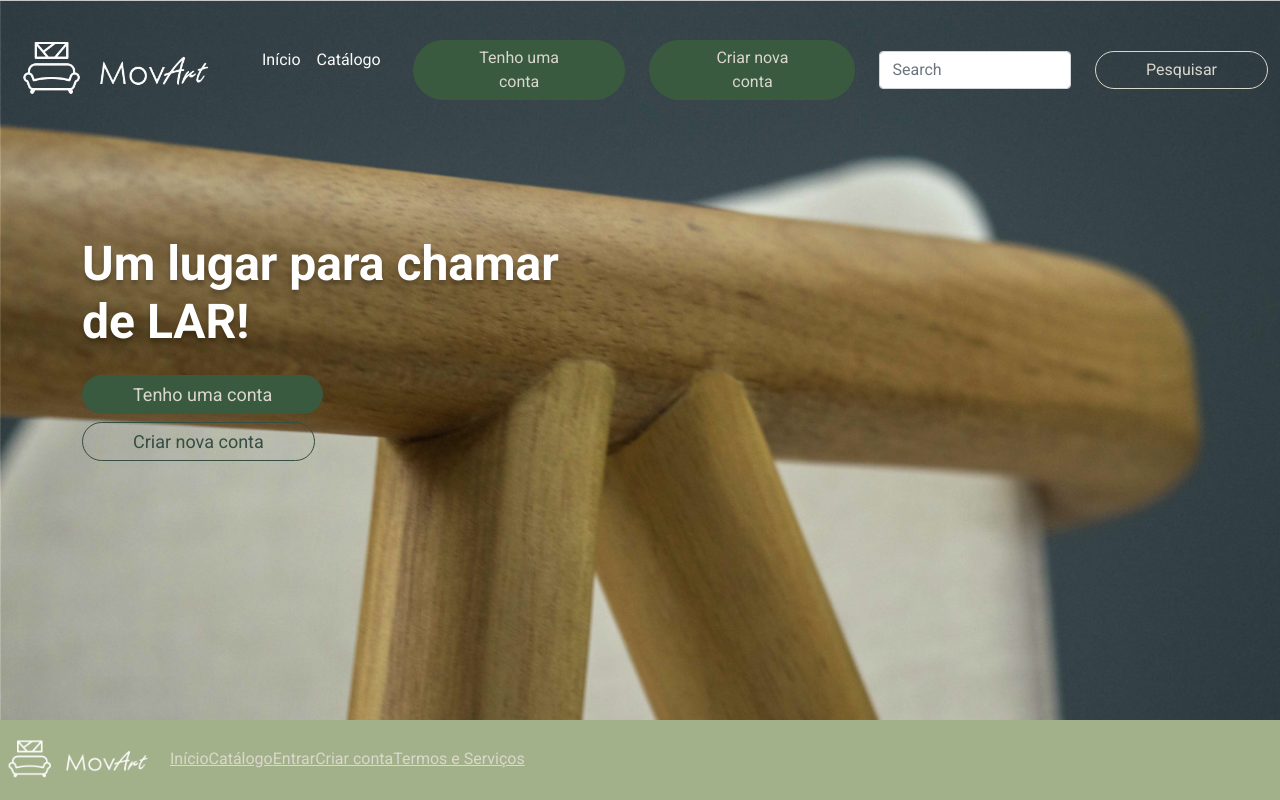
Repository: telesbp/Projeto-4-e-Projeto-5
Page: / (app in front-end/)
An editor plug-in stored every save of this project. The page is shown before and after the next save, followed by the edit.
The browser window is 1280 px wide. The pictures show the whole page.
The project was rebuilt for these pictures with package versions that can differ from the ones it lists, and the page was loaded fresh each time.

Above is the page before, as saved 2022-07-17 20:36:19.

### front-end/public/index.html
<!DOCTYPE html>
<html lang="pt-BR">
  <head>
    <meta charset="utf-8" />
    <link rel="icon" href="%PUBLIC_URL%/favicon.ico" />
    <meta name="viewport" content="width=device-width, initial-scale=1" />
    <meta name="theme-color" content="#000000" />
    <meta
      name="description"
      content="Seu negócio automatizado!"
    />
    <link rel="apple-touch-icon" href="%PUBLIC_URL%/logo192.png" />
    <!--
      manifest.json provides metadata used when your web app is installed on a
      user's mobile device or desktop. See https://developers.google.com/web/fundamentals/web-app-manifest/
    -->
    <link rel="manifest" href="%PUBLIC_URL%/manifest.json" />
    <!--
      Notice the use of %PUBLIC_URL% in the tags above.
      It will be replaced with the URL of the `public` folder during the build.
      Only files inside the `public` folder can be referenced from the HTML.

      Unlike "/favicon.ico" or "favicon.ico", "%PUBLIC_URL%/favicon.ico" will
      work correctly both with client-side routing and a non-root public URL.
      Learn how to configure a non-root public URL by running `npm run build`.
    -->
    <title>Stagio</title>

    <link rel="preconnect" href="https://fonts.googleapis.com">
    <link rel="preconnect" href="https://fonts.gstatic.com" crossorigin>
    <link href="https://fonts.googleapis.com/css2?family=Roboto:wght@400;700&display=swap" rel="stylesheet">
  </head>
  <body>
    <noscript>You need to enable JavaScript to run this app.</noscript>
    <div id="root"></div>
    <!--
      This HTML file is a template.
      If you open it directly in the browser, you will see an empty page.

      You can add webfonts, meta tags, or analytics to this file.
      The build step will place the bundled scripts into the <body> tag.

      To begin the development, run `npm start` or `yarn start`.
      To create a production bundle, use `npm run build` or `yarn build`.
    -->
  </body>
</html>

### front-end/src/index.tsx
import React from 'react';
import ReactDOM from 'react-dom/client';
import App from './App';
import 'bootstrap/dist/css/bootstrap.min.css';
import { BrowserRouter } from 'react-router-dom';
import 'react-toastify/dist/ReactToastify.css';
import { ToastContainer } from 'react-toastify';
import { GlobalStyle } from './assets/css/global';

const root = ReactDOM.createRoot(
  document.getElementById('root') as HTMLElement
);
root.render(
  <React.StrictMode>
    <BrowserRouter>
    <GlobalStyle/>
      <App />
      <ToastContainer/>
    </BrowserRouter>
  </React.StrictMode>
);

### front-end/src/App.tsx
import { HomeView } from "./views/Home";

function App() {
  return (
    <HomeView/>
  );
}

export default App;

### front-end/src/assets/css/global.ts
import { createGlobalStyle } from "styled-components";

export const GlobalStyle = createGlobalStyle`
    body{
       font-family: 'Roboto', sans-serif;
    }
`

### front-end/src/views/Home/index.tsx
import { Container } from "react-bootstrap";
import styled from "styled-components";
import bgSite from "../../assets/img/cadeira1.png"
import { CustomButton } from "../../components/CustomButton";
import { Layout } from "../../components/Layout";

export function HomeView(){
    return(
        <Layout>
            <Banner className="vh-100">
                <Container className="h-100 d-flex flex-column justify-content-center align-items-center align-items-lg-start">
                    <Title className="text-center text-white text-lg-start mt-auto mt-lg-0 ">Um lugar para chamar de LAR!</Title>
                    <CustomButton size="lg" to="login" variant="primary" className="mt-auto mt-lg-3 mb-2">Tenho uma conta</CustomButton>
                    <CustomButton size="lg" to="cadastro" variant="outline-primary" className="mb-4">Criar nova conta</CustomButton>
                </Container>
            </Banner>
        </Layout>
    )
}

const Banner = styled.div`
    background: url(${bgSite}) no-repeat center center;
    background-size: cover;
`
const Title = styled.h1`
    font-size: 2.25rem;
    font-weight: bold;
    text-shadow: 0 4px 4px rgba(0, 0, 0, 0.25);
    @media (min-width: 992px){
        font-size: 3rem;
        max-width: 500px;
    }
`

### front-end/src/components/CustomButton/index.tsx
import { Button, ButtonProps, Spinner } from "react-bootstrap";
import { LinkContainer } from "react-router-bootstrap";
import styled from "styled-components";

type Props = ButtonProps & {
    loading?: boolean
    to?: string
}

export function CustomButton({children, loading, to, ...otherProps}: Props) {
    const button = (
        <ButtonStyled {...otherProps}>
            {loading && (
                <Spinner animation="border" role="status" size="sm" className="me-2">
                    <span className="visually-hidden">Carregando...</span>
                </Spinner>
            )}
            {children}
        </ButtonStyled>
    )
    if (to){
        return(
            <LinkContainer to={to}>
                {button}
            </LinkContainer>
        )
    }
    return button
}
const ButtonStyled = styled(Button)`
    border-radius: 50px;
    font-weight: 500;
    padding:5px 50px 5px 50px;
    ${props => props.size ==='lg' && `
        font-size: 1.125rem;
    `}
    ${props => (props.variant === "primary" || !props.variant) && `
        background-color: #3A5A40;
        border-color: #3A5A40;
        color: #DAD7CD!important;
        &:hover {
            background-color: #344E41;
            border-color: #344E41;
        }
    `}
    ${props => (props.variant === "outline-primary" || !props.variant) && `
        border-color: #344E41;
        color: #344E41;
        &:hover {
            background-color: #344E41;
            border-color: #344E41;
            color: #DAD7CD;
        }
    `}
    ${props => (props.variant === "outline-secundary" || !props.variant) && `
        border-color: #DAD7CD;
        color: #DAD7CD;
        &:hover {
            background-color: #344E41;
            border-color: #344E41;
            color: #DAD7CD;
        }
    `}
`

### front-end/src/components/Layout/index.tsx
import { Footer } from "./Footer"
import { Header } from "./Header"

type Props = {
    children: React.ReactNode
}
export const Layout: React.FC<Props> = ({children}) => {
    return (
        <>
            <Header/>
            {children}
            <Footer/>
        </>
    )
}

### front-end/src/components/Layout/Footer.tsx
import { Container, Nav } from "react-bootstrap";
import { Link } from "react-router-dom";
import styled from "styled-components";
import LogoBrand from "../../assets/img/logobranca.png"

export function Footer () {
    return(
        <footer>
            <ContainerStyle>
                <img src={LogoBrand} alt="MovArt" width={170} height={80}/>
                <NavLinkTitleStyled  as={Link} to="/">Início</NavLinkTitleStyled >
                <NavLinkTitleStyled  as={Link} to="/">Catálogo</NavLinkTitleStyled >
                <NavLinkTitleStyled  as={Link} to="/">Entrar</NavLinkTitleStyled >
                <NavLinkTitleStyled  as={Link} to="/">Criar conta</NavLinkTitleStyled >
                <NavLinkTitleStyled  as={Link} to="/">Termos e Serviços</NavLinkTitleStyled >
            </ContainerStyle>
        </footer>
    )
}

const ContainerStyle = styled.footer`
    background: #A3B18A;
`
const NavLinkTitleStyled = styled(Nav.Link)`
    color:#DAD7CD;
`

### front-end/src/components/Layout/Header.tsx
import { faBarsStaggered } from "@fortawesome/free-solid-svg-icons";
import { FontAwesomeIcon } from "@fortawesome/react-fontawesome";
import { useEffect, useState } from "react";
import { Container, Form, Nav, Navbar } from "react-bootstrap";
import { Link } from "react-router-dom";
import styled from "styled-components";
import LogoBrand from "../../assets/img/logobranca.png"
import LogoBrandBlack from "../../assets/img/logopreta.png"
import { CustomButton } from "../CustomButton";

export function Header() {
    const [isTransparent, setIsTransparent] = useState(false)
    useEffect(() => {
        const scrollChange = () => {
            const isLowScroll = window.screenY < 60
            if (isLowScroll !== isTransparent){
            setIsTransparent(isLowScroll)
        }
        }
        window.addEventListener("scroll", scrollChange)
        return () => {
            window.removeEventListener("scroll", scrollChange)
        }
    },[isTransparent])
    return(
        <Navbar fixed="top" expand="lg" bg={isTransparent ? undefined : "#A3B18A"} >
        <Container fluid>
          <Navbar.Brand to="/" as={Link}>
            <ImageStyle src={isTransparent ? LogoBrand : LogoBrandBlack} alt="MovArt" width={170} height={80}/>
          </Navbar.Brand>
          <NavBarToggleStyled aria-controls="basic-navbar-nav">
            <FontAwesomeIcon icon={faBarsStaggered}  className={isTransparent ? "text-white" : "text-dark"} size="lg" />
            </NavBarToggleStyled>
        <NavBarCollapseStyled id="basic-navbar-nav">
          <Nav className="ms-auto">
            <NavLinkStyled forwardedAs={Link} to="/" className="justify-contend-center text-center">Início</NavLinkStyled>
            <NavLinkStyled forwardedAs={Link} to="/catálogo" className="justify-contend-center text-center">Catálogo</NavLinkStyled>
            <CustomButton className="mt-2 mt-lg-0 ms-lg-4" variant="primary">Tenho uma conta</CustomButton>
            <CustomButton className="mt-2 mt-lg-0 ms-lg-4" variant="primary">Criar nova conta</CustomButton>
        </Nav>
            <Form className="d-flex">
              <Form.Control
                type="search"
                placeholder="Search"
                className="mt-2 mt-lg-0 ms-lg-4"
                aria-label="Search"
              />
              <CustomButton variant={isTransparent ? "outline-secundary" : "outline-primary" } className="mt-2 mt-lg-0 ms-lg-4">Pesquisar</CustomButton>
            </Form>
          </NavBarCollapseStyled>
        </Container>
      </Navbar>
    )
}
const NavBarToggleStyled = styled(Navbar.Toggle)`
    border:none;
`

const NavBarCollapseStyled = styled(Navbar.Collapse)`
   @media (max-width: 991px) {
   background-color:#fafafa ;
    margin: 0 -12px;
    padding: 1rem 2rem;
}
`
const NavLinkStyled = styled(Nav.Link)`
    @media (min-width: 992px){
        color: #fafafa!important;
    }

`
const ImageStyle = styled.img`
    @media (min-width: 992px){
       width: 226px;
       height: auto;
    }
`

After the next save:
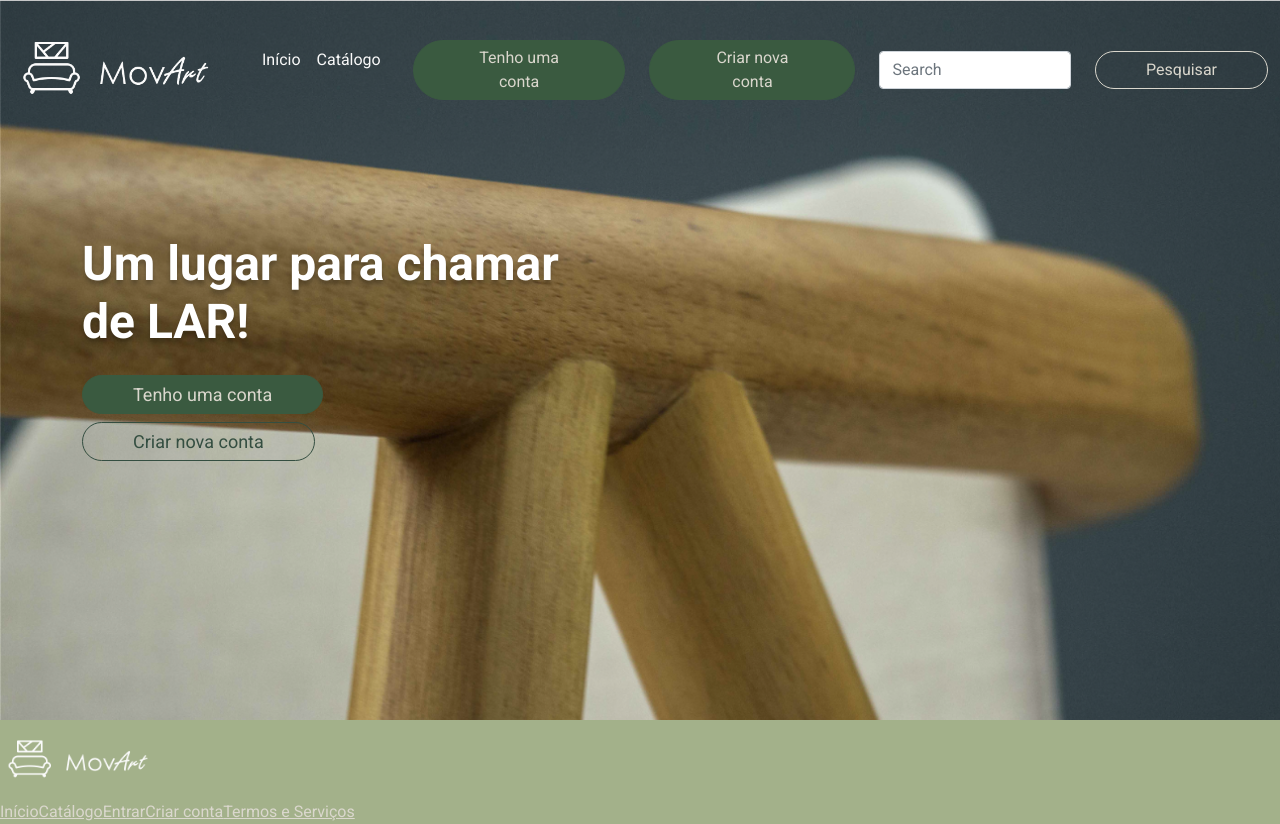
Saved 19 min 25 s later.
--- a/front-end/src/components/Layout/Footer.tsx
+++ b/front-end/src/components/Layout/Footer.tsx
@@ -8,11 +8,13 @@ export function Footer () {
         <footer>
             <ContainerStyle>
                 <img src={LogoBrand} alt="MovArt" width={170} height={80}/>
-                <NavLinkTitleStyled  as={Link} to="/">Início</NavLinkTitleStyled >
-                <NavLinkTitleStyled  as={Link} to="/">Catálogo</NavLinkTitleStyled >
-                <NavLinkTitleStyled  as={Link} to="/">Entrar</NavLinkTitleStyled >
-                <NavLinkTitleStyled  as={Link} to="/">Criar conta</NavLinkTitleStyled >
-                <NavLinkTitleStyled  as={Link} to="/">Termos e Serviços</NavLinkTitleStyled >
+                <Nav>
+                    <NavLinkTitleStyled  as={Link} to="/">Início</NavLinkTitleStyled >
+                    <NavLinkTitleStyled  as={Link} to="/">Catálogo</NavLinkTitleStyled >
+                    <NavLinkTitleStyled  as={Link} to="/">Entrar</NavLinkTitleStyled >
+                    <NavLinkTitleStyled  as={Link} to="/">Criar conta</NavLinkTitleStyled >
+                    <NavLinkTitleStyled  as={Link} to="/">Termos e Serviços</NavLinkTitleStyled >
+                </Nav>
             </ContainerStyle>
         </footer>
     )
